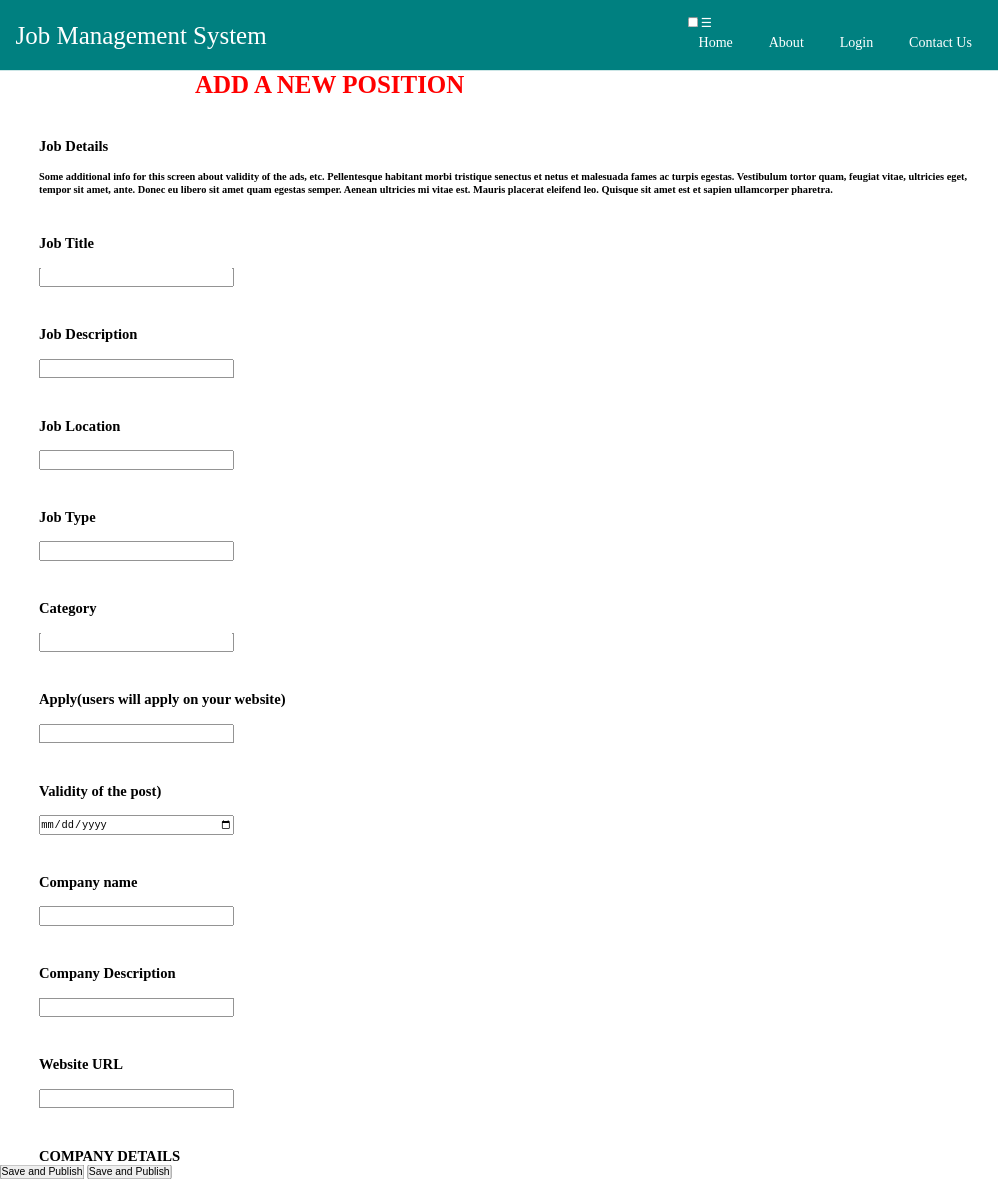
Repository: PrinceKumawat1109/JFSD
Page: http://localhost/Job-management/newposition.jsp
An editor plug-in stored every save of this project. The page is shown before and after the next save, followed by the edit.
The browser window is 1280 px wide. The pictures show the whole page, at 78% of full size.
The page is served by Tomcat 9. Other server files are loaded and not shown.

Above is the page before, as saved 2022-10-29 21:34:37.

### Job-management/src/main/webapp/newposition.jsp
<%@ page language="java" contentType="text/html; charset=UTF-8"
    pageEncoding="UTF-8"%>
<!DOCTYPE html>
<html>
<head>
<meta charset="UTF-8">
<title>New Position</title>
<jsp:include page="navbar2.jsp" />

</head>
<body>
<h1 style=" color: red; margin-left: 250px;">ADD A NEW POSITION</h1>
	<h3 style="margin-left: 50px; margin-top: 50px;">Job Details</h3>
	<h5 style="margin-left: 50px; margin-top: 20px;">Some additional info for this screen about validity of the ads, etc. Pellentesque habitant morbi tristique senectus et netus et malesuada fames ac turpis egestas. Vestibulum tortor quam, feugiat vitae, ultricies eget, tempor sit amet, ante. Donec eu libero sit amet quam egestas semper. Aenean ultricies mi vitae est. Mauris placerat eleifend leo. Quisque sit amet est et sapien ullamcorper pharetra.</h5>
	<h3 style="margin-left: 50px; margin-top: 50px;">Job Title</h3>
	<input style="margin-left: 50px; margin-top: 20px; height: 25px; width: 250px;" type="text" id="t1"/>


	<h3 style="margin-left: 50px; margin-top: 50px;">Job Description</h3>
	<input style="margin-left: 50px; margin-top: 20px; height: 25px; width: 250px;" type="text" id="t2"/>


	<h3 style="margin-left: 50px; margin-top: 50px;">Job Location</h3>
	<input style="margin-left: 50px; margin-top: 20px; height: 25px; width: 250px;" type="text" id="t3"/>
	<h3 style="margin-left: 50px; margin-top: 50px;">Job Type</h3>
	<input style="margin-left: 50px; margin-top: 20px; height: 25px; width: 250px;" type="text" id="t4"/>
	<h3 style="margin-left: 50px; margin-top: 50px;">Category</h3>
	<input style="margin-left: 50px; margin-top: 20px; height: 25px; width: 250px;" type="text" id="t5"/>
	<h3 style="margin-left: 50px; margin-top: 50px;">Apply(users will apply on your website)</h3>
	<input style="margin-left: 50px; margin-top: 20px; height: 25px; width: 250px;" type="text" id="t6"/>
	<h3 style="margin-left: 50px; margin-top: 50px;">Validity of the post)</h3>
	<input style="margin-left: 50px; margin-top: 20px; height: 25px; width: 250px;" type="date" id="t7"/>
	<h3 style="margin-left: 50px; margin-top: 50px;">Company name</h3>
	<input style="margin-left: 50px; margin-top: 20px; height: 25px; width: 250px;" type="text" id="t8"/>
	<h3 style="margin-left: 50px; margin-top: 50px;">Company Description</h3>
	<input style="margin-left: 50px; margin-top: 20px; height: 25px; width: 250px;" type="text" id="t9"/>
	<h3 style="margin-left: 50px; margin-top: 50px;">Website URL</h3>
	<input style="margin-left: 50px; margin-top: 20px; height: 25px; width: 250px;" type="text" id="t10"/>
	<h3 style="margin-left: 50px; margin-top: 50px;">COMPANY DETAILS</h3>
	<button onclick="save1()">Save and Publish</button>
	</div>
	<!--<h2>ADD A NEW POSTION</h2>
	<h4>Job Details</h4>
	<p>Some additional info for this screen about validity of the ads, etc. Pellentesque habitant morbi tristique senectus et netus et malesuada fames ac turpis egestas. Vestibulum tortor quam, feugiat vitae, ultricies eget, tempor sit amet, ante. Donec eu libero sit amet quam egestas semper. Aenean ultricies mi vitae est. Mauris placerat eleifend leo. Quisque sit amet est et sapien ullamcorper pharetra.</p>
	<h5>Job Title</h5>
	<input type="text" id="t1"/>
	<h5>Job Description</h5>
	<input type="text" id="t2"/>
	<h5>Job Location</h5>
	<input type="text" id="t3"/>
	<h5>Job Type</h5>
	<input type="text" id="t4"/>
	<h5>Category</h5>
	<input type="text" id="t5"/>
	<h5>Apply(users will apply on your website)</h5>
	<input type="text" id="t6"/>
	<h5>Validity of the post</h5>
	<input type="date" id="t7"/>
	<h5>COMPANY DETAILS</h5>
	<h6>Company name</h6>
	<input type="text" id="t8"/>
	<h6>Company Description</h6>
	<input type="text" id="t9"/>
	<h6>Website</h6>
	<input type="text" id="t10"/>
	<input type="checkbox" id="t11">
	<p> I agree with the Terms and conditions.</p>-->
	<button onclick="save1()">Save and Publish</button>
	<script type="text/javascript">
function save1()
{
	var xhtml = new XMLHttpRequest();
	var url = "http://localhost:8080/api/new/register/";
	xhtml.open("POST", url, true);
	xhtml.setRequestHeader('Content-Type','application/json');

	var t1 = document.getElementById("t1");
	var t2 = document.getElementById("t2");
	var t3 = document.getElementById("t3");
	var t4 = document.getElementById("t4");
	var t5 = document.getElementById("t5");
	var t6 = document.getElementById("t6");
	var t7 = document.getElementById("t7");
	var t8 = document.getElementById("t8");
	var t9 = document.getElementById("t9");
	var t10 = document.getElementById("t10");

	xhtml.send(JSON.stringify({
		jobtitle : t1.value,
		jobdes : t2.value,
		loc : t3.value,
		type : t4.value,
		category : t5.value,
		url : t6.value,
		date : t7.value,
		comname : t8.value,
		comdes : t9.value,
		website : t10.value
	}));

	xhtml.onreadystatechange = function()
	{
		if(this.readyState == 4 && this.status == 200)
			lbl.innerText = "Data Inserted Successfully...!";
			window.location="http://localhost:8080/employeelogin.jsp";
	};
}
</script>
</body>
</html>

### Job-management/src/main/webapp/navbar2.jsp
<!DOCTYPE html>
<html lang="en">
 <head>
   <meta charset="UTF-8" />
   <meta http-equiv="X-UA-Compatible" content="IE=edge" />
   <meta name="viewport" content="width=device-width, initial-scale=1.0" />
   <style>

    /* UTILITIES */
* {
 margin: 0;
 padding: 0;
 box-sizing: border-box;
}
body {
 font-family: cursive;
}
a {
 text-decoration: none;
}
li {
 list-style: none;
}

/* NAVBAR STYLING STARTS */
.navbar {
 display: flex;
 align-items: center;
 justify-content: space-between;
 padding: 20px;
 background-color: teal;
 color: #fff;
}
.nav-links a {
 color: #fff;
}
/* LOGO */
.logo {
 font-size: 32px;
}
/* NAVBAR MENU */
.menu {
 display: flex;
 gap: 1em;
 font-size: 18px;
}
.menu li:hover {
 background-color: #4c9e9e;
 border-radius: 5px;
 transition: 0.3s ease;
}
.menu li {
 padding: 5px 14px;
}
/* DROPDOWN MENU */
.services {
 position: relative;
}
.dropdown {
 background-color: rgb(1, 139, 139);
 padding: 1em 0;
 position: absolute; /*WITH RESPECT TO PARENT*/
 display: none;
 border-radius: 8px;
 top: 35px;
}
.dropdown li + li {
 margin-top: 10px;
}
.dropdown li {
 padding: 0.5em 1em;
 width: 8em;
 text-align: center;
}
.dropdown li:hover {
 background-color: #4c9e9e;
}
.services:hover .dropdown {
 display: block;
}
   </style>
   <title>Document</title>
 </head>
 <body>
   <nav class="navbar">
     <!-- LOGO -->
     <div class="logo">Job Management System</div>
     <!-- NAVIGATION MENU -->
     <ul class="nav-links">
       <!-- USING CHECKBOX HACK -->
       <input type="checkbox" id="checkbox_toggle" />
       <label for="checkbox_toggle" class="hamburger">&#9776;</label>
       <!-- NAVIGATION MENUS -->
       <div class="menu">
         <li><a href="/">Home</a></li>
         <li><a href="/">About</a></li>
         <li class="services">
           <a href="/">Login</a>
           <!-- DROPDOWN MENU -->
           <ul class="dropdown">
             <li><a href="dashboard.jsp">DASHBOARD </a></li>
             <li><a href="applicants.jsp">APPLICANTS</a></li>
             <li><a href="newposition.jsp">POST A NEW JOB</a></li>
             <li><a href="https://rzp.io/i/k9xa2LhReQ">PAYMENT</a></li>
             <li><a href="index.jsp">LOGOUT</a></li>
           </ul>
         </li>
         <li><a href="/">Contact Us</a></li>
       </div>
     </ul>
   </nav>
 </body>
</html>

After the next save:
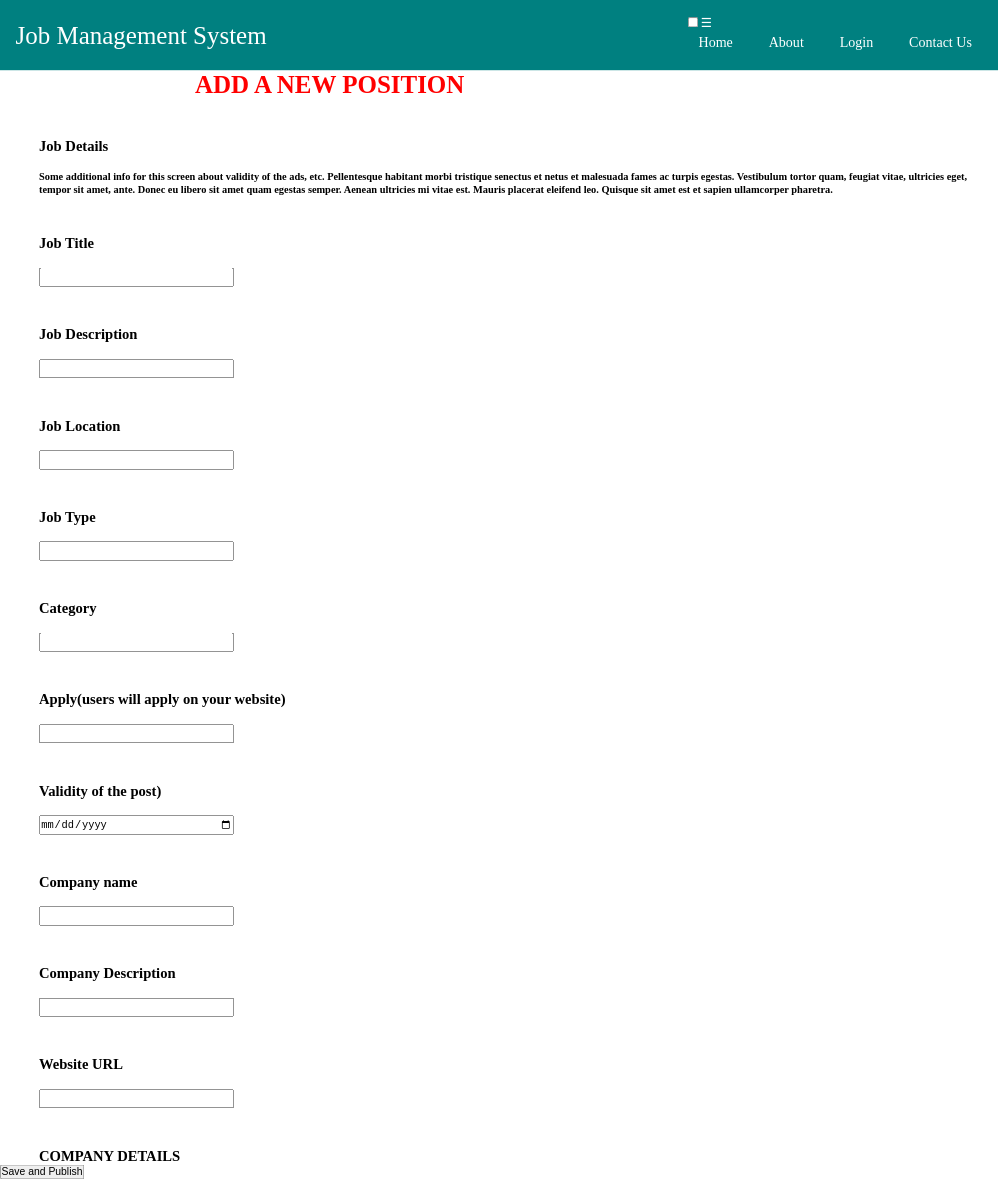
Saved 6 s later.
--- a/Job-management/src/main/webapp/newposition.jsp
+++ b/Job-management/src/main/webapp/newposition.jsp
@@ -65,7 +65,6 @@
 	<input type="text" id="t10"/>
 	<input type="checkbox" id="t11">
 	<p> I agree with the Terms and conditions.</p>-->
-	<button onclick="save1()">Save and Publish</button>
 	<script type="text/javascript">
 function save1()
 {
